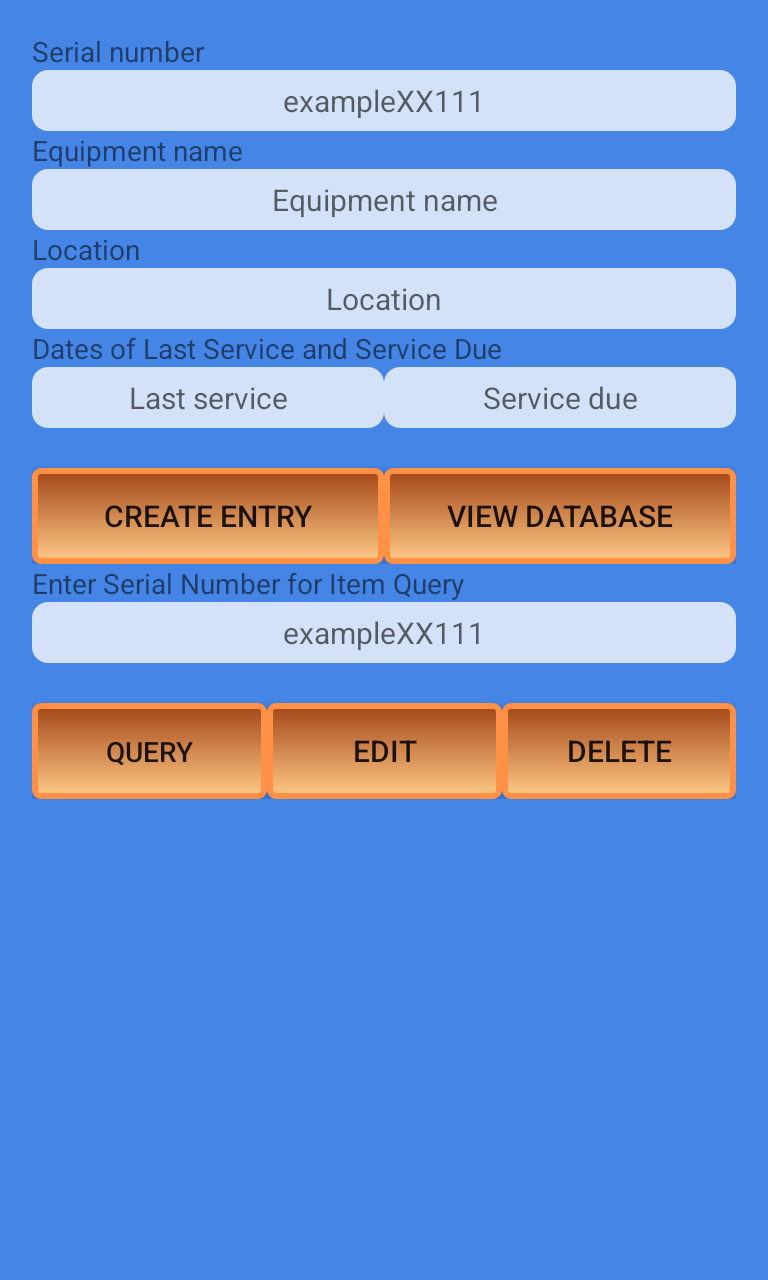
Repository: procmillie/AppKeepV9.12.14
Layout: StupidApp/res/layout/activity_database__home123.xml
These files come from the project's save history. The layout is drawn as it stood at one moment and after the next save; the edit follows.
It is drawn on a 768 x 1280 px phone screen (xhdpi) without system bars, with theme AppTheme; the app's code is not run.

Above is the layout before, as saved 2014-11-26 18:44:46.

After the next save:
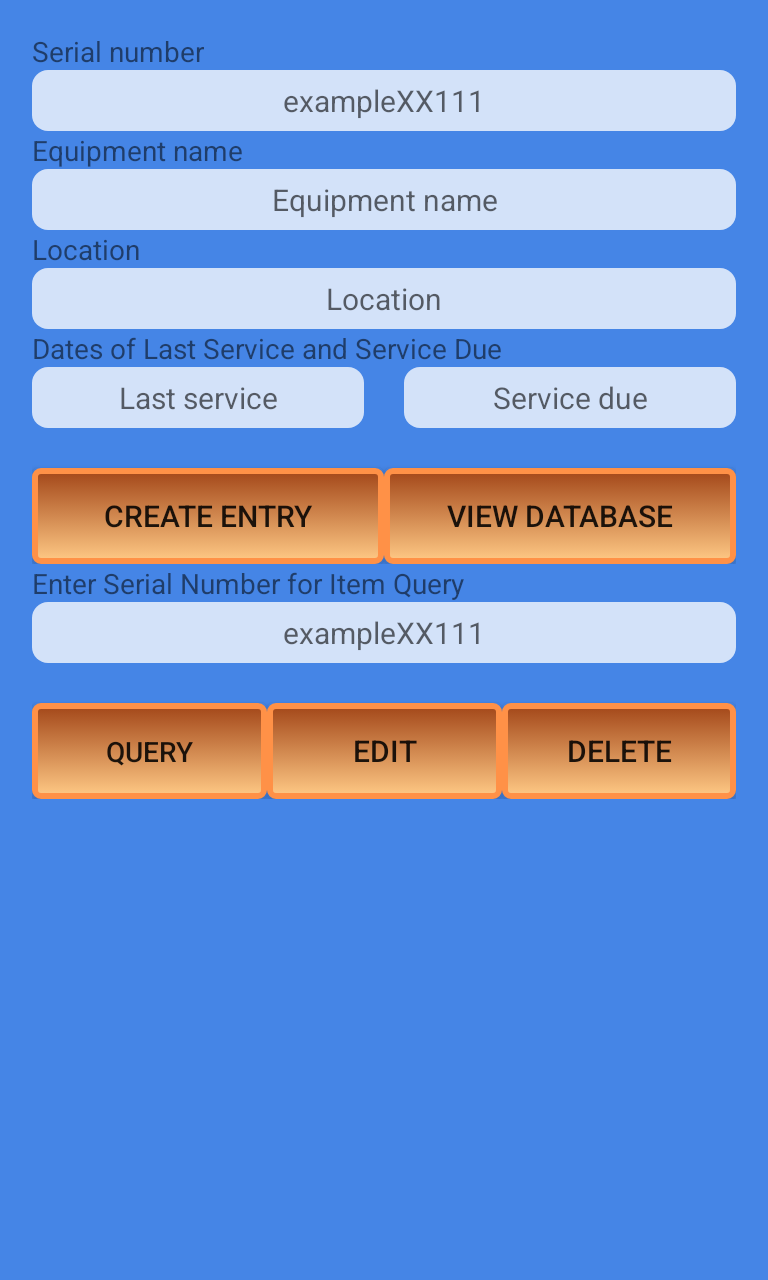
Saved 3 min 27 s later.
--- a/StupidApp/res/layout/activity_database__home123.xml
+++ b/StupidApp/res/layout/activity_database__home123.xml
@@ -102,6 +102,7 @@
         android:hint="@string/date_last"
         android:padding="5dp"
         android:layout_weight="40"
+        android:layout_marginRight="10dp"
         android:textSize="15sp" />
 
 
@@ -116,6 +117,7 @@
         android:hint="@string/date_due"
         android:padding="5dp"
         android:layout_weight="40"
+        android:layout_marginLeft="10dp"
         android:textSize="15sp" />
        <!--   <Button
             android:id="@+id/bn_db_date_last_service"
